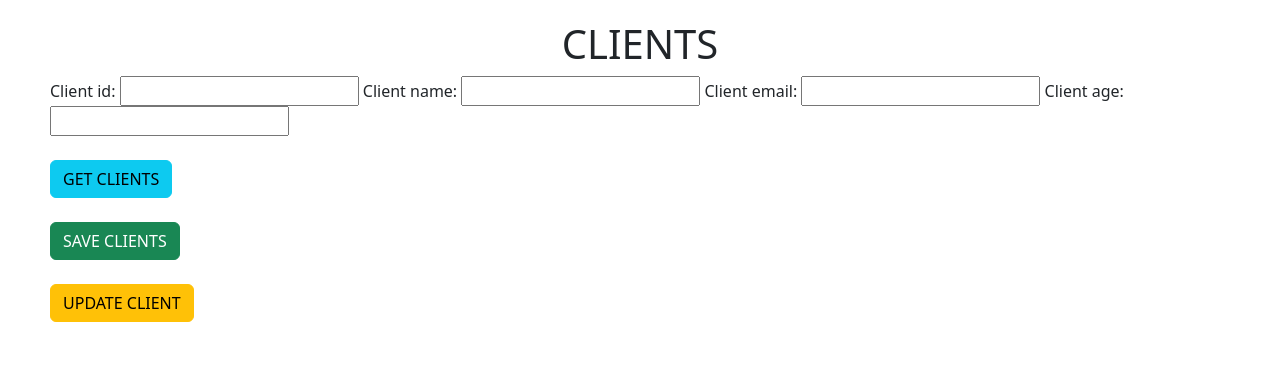
Repository: almendezl/MisionTIC
Page: index.html
An editor plug-in stored every save of this project. The page is shown before and after the next save, followed by the edit.
The browser window is 1280 px wide. The pictures show the whole page.

Above is the page before, as saved 2022-10-01 21:30:20.

After the next save:
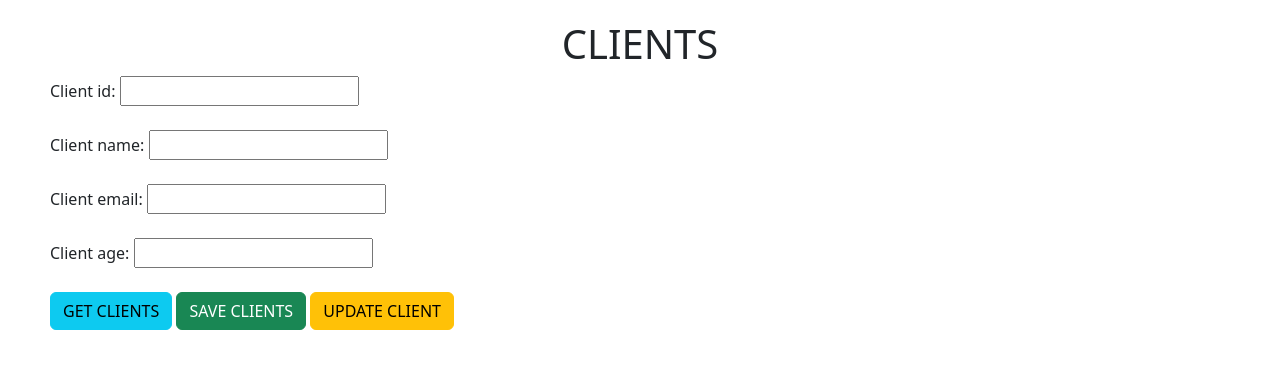
Saved 13 s later.
--- a/index.html
+++ b/index.html
@@ -16,15 +16,15 @@
 <body>
     <h1 class="text-center">CLIENTS</h1>
 
-    Client id: <input type="number" id="clientId">
-    Client name: <input type="text" id="clientName">
-    Client email: <input type="text" id="clientEmail">
+    Client id: <input type="number" id="clientId"> <br> <br>
+    Client name: <input type="text" id="clientName"><br><br>
+    Client email: <input type="text" id="clientEmail"><br><br>
     Client age: <input type="number" id="clientAge"><br><br>
 
 
-    <button class="btn btn-info" onclick="getClients()">GET CLIENTS</button><br><br>
+    <button class="btn btn-info" onclick="getClients()">GET CLIENTS</button>
 
-    <button class="btn btn-success" onclick="setClient()">SAVE CLIENTS</button><br><br>
+    <button class="btn btn-success" onclick="setClient()">SAVE CLIENTS</button>
 
     <button class="btn btn-warning" onclick="updateClient()">UPDATE CLIENT</button><br><br>
 
